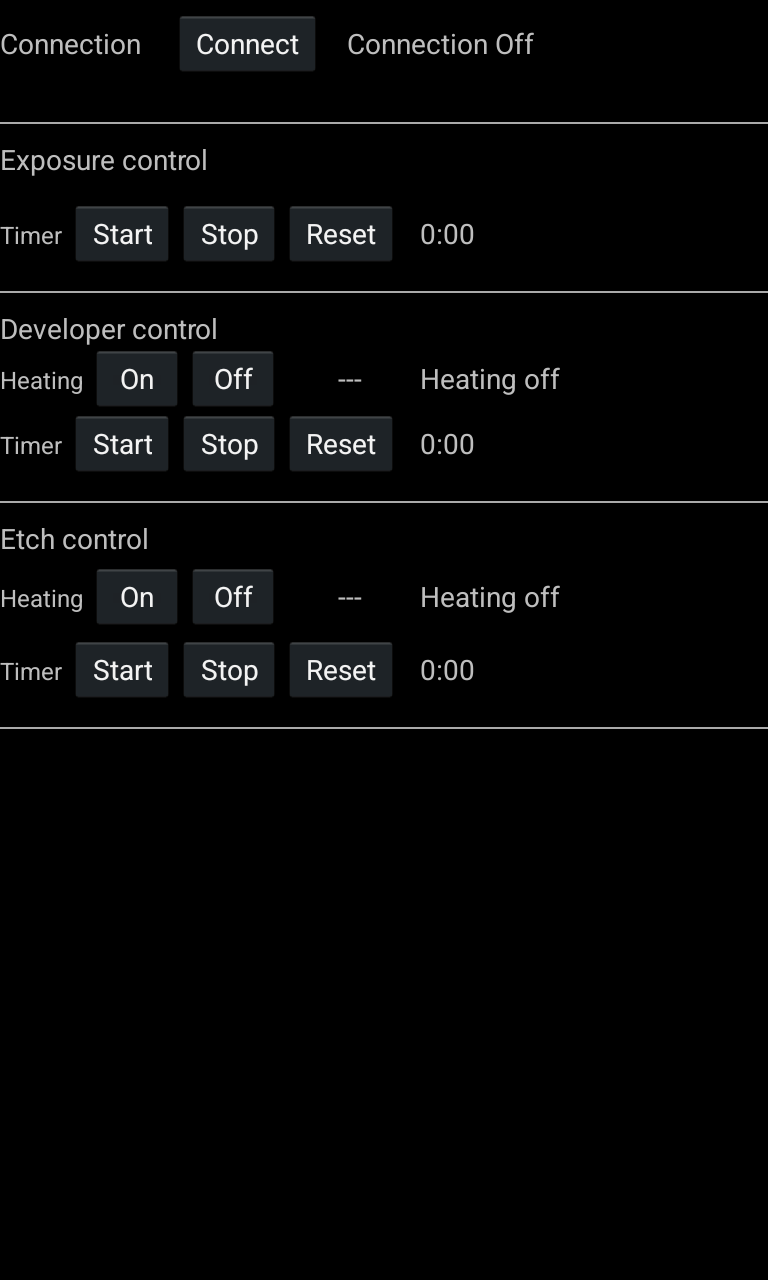
Repository: elbojvv/AndroidIO-apps
Layout: EtchControl/EtchControl/res/layout/activity_main.xml
The author's editor kept a copy of each file at every save. The layout is drawn from the files as they stood at one save, then again after the next save.
It is drawn on a 768 x 1280 px phone screen (xhdpi) without system bars, with theme android:Theme.Holo; the app's code is not run.

Above is the layout before, as saved 2015-06-25 19:12:07.

### EtchControl/EtchControl/res/layout/activity_main.xml
<?xml version="1.0" encoding="utf-8"?>
<RelativeLayout
	android:id="@+id/view"
	xmlns:android="http://schemas.android.com/apk/res/android"
	android:layout_width="fill_parent"
	android:layout_height="fill_parent">

<!-- BLUETOOTH CONTROL -->

  	<TextView
		android:id="@+id/idBTText"
		android:text="@string/bluetooth"
		android:layout_width="wrap_content"
		android:layout_height="wrap_content"
        android:layout_marginTop="12dp"
        android:textAppearance="?android:attr/textAppearanceSmall" />

  	<Button
        android:id="@+id/idBTConnect"
        style="?android:attr/buttonStyleSmall"
        android:layout_width="wrap_content"
        android:layout_height="wrap_content"
        android:layout_alignBaseline="@+id/idBTText"
        android:layout_alignBottom="@+id/idBTText"
        android:layout_marginLeft="12dp"
        android:layout_toRightOf="@+id/idBTText"
		android:minHeight="0dp"
        android:text="@string/connect" />

  	<TextView
		android:id="@+id/idBTStatus"
		android:text="@string/bluetooth_off"
		android:layout_width="wrap_content"
		android:layout_height="wrap_content"
        android:layout_alignBaseline="@+id/idBTConnect"
        android:layout_alignBottom="@+id/idBTConnect"
        android:layout_marginLeft="12dp"
        android:layout_toRightOf="@+id/idBTConnect"
        android:textAppearance="?android:attr/textAppearanceSmall" />

  <!-- EXPOSURE CONTROL -->


    <View
        android:id="@+id/idSeperator1"
    	android:layout_width="fill_parent"
    	android:layout_height="1dp"
        android:layout_below="@+id/idBTText"
        android:layout_marginTop="30dp"
    	android:background="@android:color/darker_gray"/>

     <TextView
        android:id="@+id/idExpHeader"
        android:layout_width="wrap_content"
        android:layout_height="wrap_content"
        android:layout_alignParentLeft="true"
        android:layout_below="@+id/idSeperator1"
        android:layout_marginTop="8dp"
        android:text="@string/exposure_control"
        android:textAppearance="?android:attr/textAppearanceSmall" />

     <TextView
        android:id="@+id/idExpTimerText"
        android:layout_width="wrap_content"
        android:layout_height="wrap_content"
        android:layout_alignParentLeft="true"
        android:layout_below="@+id/idExpHeader"
        android:layout_marginTop="20dp"
        android:text="@string/timer"
        android:textSize="12sp"
        android:textAppearance="?android:attr/textAppearanceSmall" />

     <Button
        android:id="@+id/idExpTimerStart"
        style="?android:attr/buttonStyleSmall"
        android:layout_width="wrap_content"
        android:layout_height="wrap_content"
		android:minHeight="0dp"
        android:layout_alignBaseline="@+id/idExpTimerText"
        android:layout_alignBottom="@+id/idExpTimerText"
        android:layout_toRightOf="@+id/idExpTimerText"
        android:text="@string/start" />

    <Button
        android:id="@+id/idExpTimerStop"
        style="?android:attr/buttonStyleSmall"
        android:layout_width="wrap_content"
        android:layout_height="wrap_content"
		android:minHeight="0dp"
        android:layout_alignBaseline="@+id/idExpTimerStart"
        android:layout_alignBottom="@+id/idExpTimerStart"
        android:layout_toRightOf="@+id/idExpTimerStart"
        android:text="@string/stop" />

    <Button
        android:id="@+id/idExpTimerReset"
        style="?android:attr/buttonStyleSmall"
        android:layout_width="wrap_content"
        android:layout_height="wrap_content"
		android:minHeight="0dp"
        android:layout_alignBaseline="@+id/idExpTimerStop"
        android:layout_alignBottom="@+id/idExpTimerStop"
        android:layout_toRightOf="@+id/idExpTimerStop"
        android:text="@string/reset" />

    <TextView
        android:id="@+id/idExpTimerStat"
        android:layout_width="wrap_content"
        android:layout_height="wrap_content"
        android:layout_toRightOf="@+id/idExpTimerReset"
        android:layout_alignBottom="@+id/idExpTimerReset"
        android:layout_alignBaseline="@+id/idExpTimerReset"
        android:layout_marginLeft="10dp"
        android:text="@string/exptime"
        android:textAppearance="?android:attr/textAppearanceSmall" />

<!-- DEVELOPER CONTROL -->

  		<View
        android:id="@+id/idSeperator2"
    	android:layout_width="fill_parent"
    	android:layout_height="1dp"
        android:layout_below="@+id/idExpTimerText"
        android:layout_marginTop="20dp"
    	android:background="@android:color/darker_gray"/>

     <TextView
        android:id="@+id/idDevelopHeader"
        android:layout_width="wrap_content"
        android:layout_height="wrap_content"
        android:layout_alignParentLeft="true"
        android:layout_below="@+id/idSeperator2"
        android:layout_marginTop="8dp"
        android:text="@string/developer_control"
        android:textAppearance="?android:attr/textAppearanceSmall" />

     <TextView
        android:id="@+id/idDevelopTempText"
        android:layout_width="wrap_content"
        android:layout_height="wrap_content"
        android:layout_alignParentLeft="true"
        android:layout_below="@+id/idDevelopHeader"
        android:layout_marginTop="8dp"
        android:text="@string/heating"
        android:textSize="12sp"
        android:textAppearance="?android:attr/textAppearanceSmall" />

     <Button
        android:id="@+id/idDevelopTempOn"
        style="?android:attr/buttonStyleSmall"
        android:layout_width="wrap_content"
        android:layout_height="wrap_content"
		android:minHeight="0dp"
        android:layout_alignBaseline="@+id/idDevelopTempText"
        android:layout_alignBottom="@+id/idDevelopTempText"
        android:layout_toRightOf="@+id/idDevelopTempText"
        android:text="@string/buttonon" />

    <Button
        android:id="@+id/idDevelopTempOff"
        style="?android:attr/buttonStyleSmall"
        android:layout_width="wrap_content"
        android:layout_height="wrap_content"
		android:minHeight="0dp"
        android:layout_alignBaseline="@+id/idDevelopTempOn"
        android:layout_alignBottom="@+id/idDevelopTempOn"
        android:layout_toRightOf="@+id/idDevelopTempOn"
        android:text="@string/buttonoff" />

    <TextView
        android:id="@+id/idDevelopTempTemp"
        android:layout_width="wrap_content"
        android:layout_height="wrap_content"
        android:layout_toRightOf="@+id/idDevelopTempOff"
        android:layout_alignBottom="@+id/idDevelopTempOff"
        android:layout_alignBaseline="@+id/idDevelopTempOff"
        android:layout_marginLeft="10dp"
        android:minEms="3"
        android:gravity="center"
        android:text="@string/temp"
        android:textAppearance="?android:attr/textAppearanceSmall" />

    <TextView
        android:id="@+id/idDevelopTempStat"
        android:layout_width="wrap_content"
        android:layout_height="wrap_content"
        android:layout_toRightOf="@+id/idDevelopTempTemp"
        android:layout_alignBottom="@+id/idDevelopTempTemp"
        android:layout_alignBaseline="@+id/idDevelopTempTemp"
        android:layout_marginLeft="10dp"
        android:text="@string/heating_stat"
        android:textAppearance="?android:attr/textAppearanceSmall" />

    <TextView
        android:id="@+id/idDevelopTimerText"
        android:layout_width="wrap_content"
        android:layout_height="wrap_content"
        android:layout_alignParentLeft="true"
        android:layout_below="@+id/idDevelopTempText"
        android:layout_marginTop="16dp"
        android:text="@string/timer"
        android:textSize="12sp"
        android:textAppearance="?android:attr/textAppearanceSmall" />

     <Button
        android:id="@+id/idDevelopTimerStart"
        style="?android:attr/buttonStyleSmall"
        android:layout_width="wrap_content"
        android:layout_height="wrap_content"
		android:minHeight="0dp"
        android:layout_alignBaseline="@+id/idDevelopTimerText"
        android:layout_alignBottom="@+id/idDevelopTimerText"
        android:layout_toRightOf="@+id/idDevelopTimerText"
        android:text="@string/start" />

    <Button
        android:id="@+id/idDevelopTimerStop"
        style="?android:attr/buttonStyleSmall"
        android:layout_width="wrap_content"
        android:layout_height="wrap_content"
		android:minHeight="0dp"
        android:layout_alignBaseline="@+id/idDevelopTimerStart"
        android:layout_alignBottom="@+id/idDevelopTimerStart"
        android:layout_toRightOf="@+id/idDevelopTimerStart"
        android:text="@string/stop" />

    <Button
        android:id="@+id/idDevelopTimerReset"
        style="?android:attr/buttonStyleSmall"
        android:layout_width="wrap_content"
        android:layout_height="wrap_content"
		android:minHeight="0dp"
        android:layout_alignBaseline="@+id/idDevelopTimerStop"
        android:layout_alignBottom="@+id/idDevelopTimerStop"
        android:layout_toRightOf="@+id/idDevelopTimerStop"
        android:text="@string/reset" />

    <TextView
        android:id="@+id/idDevelopTimerStat"
        android:layout_width="wrap_content"
        android:layout_height="wrap_content"
        android:layout_toRightOf="@+id/idDevelopTimerReset"
        android:layout_alignBottom="@+id/idDevelopTimerReset"
        android:layout_alignBaseline="@+id/idDevelopTimerReset"
        android:layout_marginLeft="10dp"
        android:text="@string/exptime"
        android:textAppearance="?android:attr/textAppearanceSmall" />

<!-- ETCH TIMER CONTROL -->


    <View
        android:id="@+id/idSeperator3"
    	android:layout_width="fill_parent"
    	android:layout_height="1dp"
        android:layout_below="@+id/idDevelopTimerText"
        android:layout_marginTop="20dp"
    	android:background="@android:color/darker_gray"/>

     <TextView
        android:id="@+id/idEtchHeader"
        android:layout_width="wrap_content"
        android:layout_height="wrap_content"
        android:layout_alignParentLeft="true"
        android:layout_below="@+id/idSeperator3"
        android:layout_marginTop="8dp"
        android:text="@string/etch_control"
        android:textAppearance="?android:attr/textAppearanceSmall" />

     <TextView
        android:id="@+id/idEtchTempText"
        android:layout_width="wrap_content"
        android:layout_height="wrap_content"
        android:layout_alignParentLeft="true"
        android:layout_below="@+id/idEtchHeader"
        android:layout_marginTop="12dp"
        android:text="@string/heating"
        android:textSize="12sp"
        android:textAppearance="?android:attr/textAppearanceSmall" />

     <Button
        android:id="@+id/idEtchTempOn"
        style="?android:attr/buttonStyleSmall"
        android:layout_width="wrap_content"
        android:layout_height="wrap_content"
		android:minHeight="0dp"
        android:layout_alignBaseline="@+id/idEtchTempText"
        android:layout_alignBottom="@+id/idEtchTempText"
        android:layout_toRightOf="@+id/idEtchTempText"
        android:text="@string/buttonon" />

    <Button
        android:id="@+id/idEtchTempOff"
        style="?android:attr/buttonStyleSmall"
        android:layout_width="wrap_content"
        android:layout_height="wrap_content"
		android:minHeight="0dp"
        android:layout_alignBaseline="@+id/idEtchTempOn"
        android:layout_alignBottom="@+id/idEtchTempOn"
        android:layout_toRightOf="@+id/idEtchTempOn"
        android:text="@string/buttonoff" />

    <TextView
        android:id="@+id/idEtchTempTemp"
        android:layout_width="wrap_content"
        android:layout_height="wrap_content"
        android:layout_toRightOf="@+id/idEtchTempOff"
        android:layout_alignBottom="@+id/idEtchTempOff"
        android:layout_alignBaseline="@+id/idEtchTempOff"
        android:layout_marginLeft="10dp"
        android:minEms="3"
        android:gravity="center"
        android:text="@string/temp"
        android:textAppearance="?android:attr/textAppearanceSmall" />

    <TextView
        android:id="@+id/idEtchTempStat"
        android:layout_width="wrap_content"
        android:layout_height="wrap_content"
        android:layout_toRightOf="@+id/idEtchTempTemp"
        android:layout_alignBottom="@+id/idEtchTempTemp"
        android:layout_alignBaseline="@+id/idEtchTempTemp"
        android:layout_marginLeft="10dp"
        android:text="@string/heating_stat"
        android:textAppearance="?android:attr/textAppearanceSmall" />

     <TextView
        android:id="@+id/idEtchTimerText"
        android:layout_width="wrap_content"
        android:layout_height="wrap_content"
        android:layout_alignParentLeft="true"
        android:layout_below="@+id/idEtchTempText"
        android:layout_marginTop="20dp"
        android:text="@string/timer"
        android:textSize="12sp"
        android:textAppearance="?android:attr/textAppearanceSmall" />

     <Button
        android:id="@+id/idEtchTimerStart"
        style="?android:attr/buttonStyleSmall"
        android:layout_width="wrap_content"
        android:layout_height="wrap_content"
		android:minHeight="0dp"
        android:layout_alignBaseline="@+id/idEtchTimerText"
        android:layout_alignBottom="@+id/idEtchTimerText"
        android:layout_toRightOf="@+id/idEtchTimerText"
        android:text="@string/start" />

    <Button
        android:id="@+id/idEtchTimerStop"
        style="?android:attr/buttonStyleSmall"
        android:layout_width="wrap_content"
        android:layout_height="wrap_content"
		android:minHeight="0dp"
        android:layout_alignBaseline="@+id/idEtchTimerStart"
        android:layout_alignBottom="@+id/idEtchTimerStart"
        android:layout_toRightOf="@+id/idEtchTimerStart"
        android:text="@string/stop" />

    <Button
        android:id="@+id/idEtchTimerReset"
        style="?android:attr/buttonStyleSmall"
        android:layout_width="wrap_content"
        android:layout_height="wrap_content"
		android:minHeight="0dp"
        android:layout_alignBaseline="@+id/idEtchTimerStop"
        android:layout_alignBottom="@+id/idEtchTimerStop"
        android:layout_toRightOf="@+id/idEtchTimerStop"
        android:text="@string/reset" />

    <TextView
        android:id="@+id/idEtchTimerStat"
        android:layout_width="wrap_content"
        android:layout_height="wrap_content"
        android:layout_toRightOf="@+id/idEtchTimerReset"
        android:layout_alignBottom="@+id/idEtchTimerReset"
        android:layout_alignBaseline="@+id/idEtchTimerReset"
        android:layout_marginLeft="10dp"
        android:text="@string/exptime"
        android:textAppearance="?android:attr/textAppearanceSmall" />




   <!-- DEBUG CONTROL -->

     <View
        android:id="@+id/idSeperator4"
    	android:layout_width="fill_parent"
    	android:layout_height="1dp"
        android:layout_below="@+id/idEtchTimerText"
        android:layout_marginTop="20dp"
    	android:background="@android:color/darker_gray"/>


    <TextView
        android:id="@+id/idDebugtext"
        android:layout_width="wrap_content"
        android:layout_height="wrap_content"
        android:layout_alignParentLeft="true"
        android:layout_below="@+id/idSeperator4"
        android:layout_marginTop="5dp"
        android:text="@string/debugtext"
        android:textAppearance="?android:attr/textAppearanceSmall" />


</RelativeLayout>

### EtchControl/EtchControl/res/values/strings.xml
<?xml version="1.0" encoding="utf-8"?>
<resources>

    <string name="app_name">Etch Control</string>
    <string name="action_settings">Settings</string>
    <string name="title_activity_usersettingactivity">User Setting</string>

    <!-- Strings voor het menu -->
    <string name="menu_settings">Settings</string>
    <string name="menu_exit">Exit</string>

    <!-- Strings voor setting menu -->
    <string name="connection_title">Connection</string>
    <string name="conn_mode_text">Connection to AndroidIO board</string>
    <string name="conn_mode_extra">Choose Bluetooth or WiFi connection. Need restart to activate!</string>
    <string name="bt_address_text">Bluetooth address</string>
    <string name="bt_address_extra">Bluetooth address of AndroidIO board. See Android settings / Bluetooth.</string>
    <string name="wifi_address_text">WiFi address</string>
    <string name="wifi_address_extra">WiFi address of AndroidIO board. See the HDCP your router, or use a port scanner.</string>
    <string name="wifi_port_text">WiFi port</string>
    <string name="wifi_port_extra">WiFi port of AndroidIO board. See the manual of the module.</string>
    <string name="usbhost_port_text">USB board number</string>
    <string name="usbhost_port_extra">Number of USB host board connected. 0 is first, 1 is second, etc.</string>

    <string name="control_exp_settings_title">Exposure Control</string>
    <string name="exp_time_text">Exposure time</string>
    <string name="exp_time_extra">Set exposure time in seconds</string>
    <string name="set_exp_buzz_text">External Buzzer</string>
    <string name="set_exp_buzz_extra">Should the external buzzer buzz when timer is completed?</string>
    <string name="set_exp_beep_text">Android Beep</string>
    <string name="set_exp_beep_extra">Should the Android Device beep when timer is completed?</string>

    <string name="control_dev_settings_title">developer Control</string>
    <string name="dev_time_text">Developer time</string>
    <string name="dev_time_extra">Set developer time in seconds</string>
    <string name="set_dev_buzz_text">External Buzzer</string>
    <string name="set_dev_buzz_extra">Should the external buzzer buzz when timer is completed?</string>
    <string name="set_dev_beep_text">Android Beep</string>
    <string name="set_dev_beep_extra">Should the Android Device beep when timer is completed?</string>
    <string name="dev_ntc_text">Temperature sensor</string>
    <string name="dev_ntc_extra">Indicate whether a temperature sensor is present.</string>
    <string name="dev_temp_text">Temperature</string>
    <string name="dev_temp_extra">Target temperature for developer bath (Celsius).</string>
    <string name="dev_hyst_text">Hysteresis</string>
    <string name="dev_hyst_extra">Hysteresis around the target temperature (Celsius).</string>
    <string name="set_dev_show_temp_ok_text">Show temperature OK</string>
    <string name="set_dev_show_temp_ok_extra">Should the temperature show green/read when the temperature is in the right range?</string>
    <string name="dev_temp_ok_text">Temperature range OK</string>
    <string name="dev_temp_ok_extra">Range around the target temperature for OK (Celsius).</string>
    <string name="dev_beta_text">Beta value</string>
    <string name="dev_beta_extra">Beta value of the NTC. See datasheet of the NTC.</string>

    <string name="control_etch_settings_title">Etch Control</string>
    <string name="etch_time_text">Etch time</string>
    <string name="etch_time_extra">Set etch time in seconds</string>
    <string name="set_etch_buzz_text">External Buzzer</string>
    <string name="set_etch_buzz_extra">Should the external buzzer buzz when timer is completed?</string>
    <string name="set_etch_beep_text">Android Beep</string>
    <string name="set_etch_beep_extra">Should the Android etchice beep when timer is completed?</string>
    <string name="etch_ntc_text">Temperature sensor</string>
    <string name="etch_ntc_extra">Indicate whether a temperature sensor is present.</string>
    <string name="etch_temp_text">Temperature</string>
    <string name="etch_temp_extra">Target temperature for etch bath (Celsius).</string>
    <string name="etch_hyst_text">Hysteresis</string>
    <string name="etch_hyst_extra">Hysteresis around the target temperature (Celsius).</string>
    <string name="set_etch_show_temp_ok_text">Show temperature OK</string>
    <string name="set_etch_show_temp_ok_extra">Should the temperature show green/read when the temperature is in the right range?</string>
    <string name="etch_temp_ok_text">Temperature range OK</string>
    <string name="etch_temp_ok_extra">Range around the target temperature for OK (Celsius).</string>
    <string name="etch_beta_text">Beta value</string>
    <string name="etch_beta_extra">Beta value of the NTC. See datasheet of the NTC.</string>

    <string name="gui_settings_title">GUI settings</string>
    <string name="set_sleep_text">Prohibit screensaver</string>
    <string name="set_sleep_extra">Prohibit screensaver and leave screen on.</string>
    <string name="set_bt_green_text">Connection status green</string>
    <string name="set_bt_green_extra">Color the connection indication green when connected.</string>
    <string name="set_debug_text">Debug</string>
    <string name="set_debug_extra">Show response of the AndroidIO board.</string>

    <!-- STRINGS FOR ETCH CONTROL GUI -->
    <string name="bluetooth">"Connection "</string>
    <string name="connect">Connect</string>
    <string name="bluetooth_off">Connection Off</string>
    <string name="exposure_control">Exposure control</string>
    <string name="timer">"Timer "</string>
    <string name="start">Start</string>
    <string name="stop">Stop</string>
    <string name="reset">Reset</string>
    <string name="exptime">0:00</string>
    <string name="developer_control">Developer control</string>
    <string name="heating">"Heating "</string>
    <string name="buttonon">On</string>
    <string name="buttonoff">Off</string>
    <string name="temp">---</string>
    <string name="heating_stat">Heating off</string>
    <string name="etch_control">Etch control</string>
    <string name="debugtext"> </string>

</resources>

After the next save:
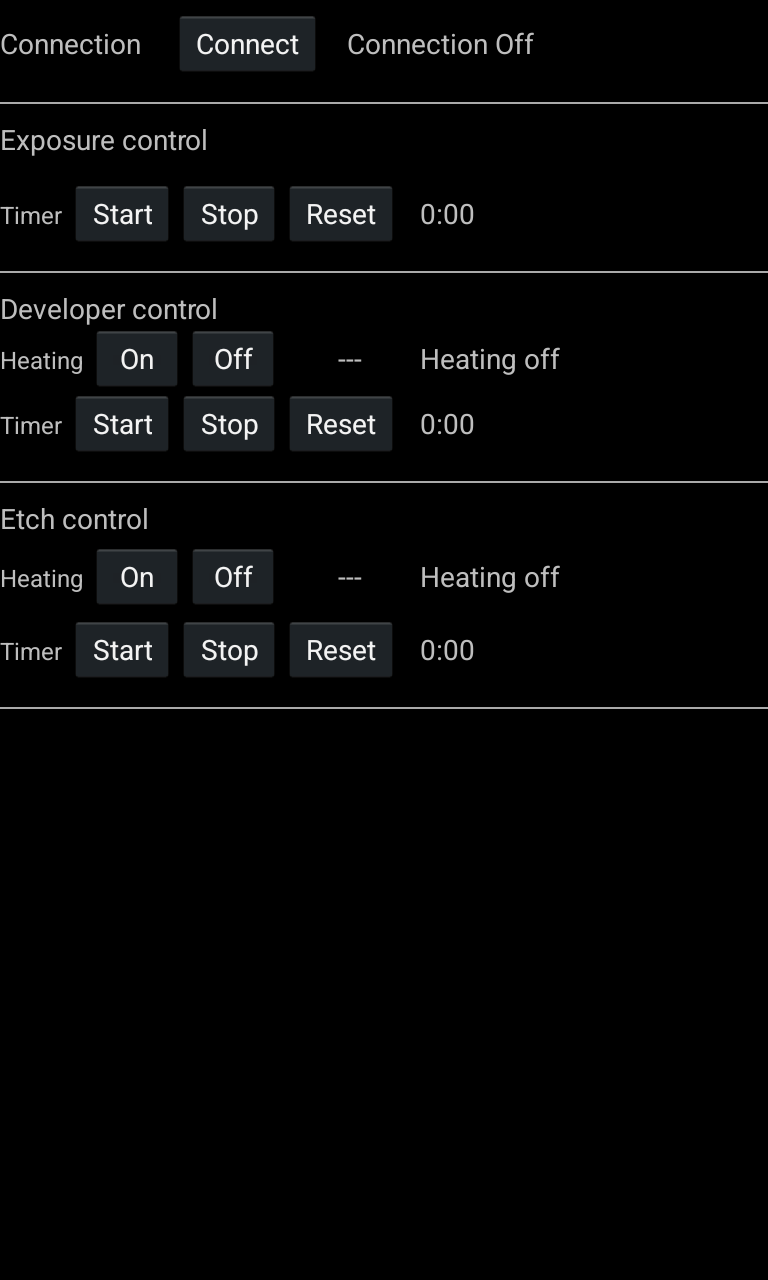
Saved 32 s later.
--- a/EtchControl/EtchControl/res/layout/activity_main.xml
+++ b/EtchControl/EtchControl/res/layout/activity_main.xml
@@ -46,7 +46,7 @@
     	android:layout_width="fill_parent"
     	android:layout_height="1dp"
         android:layout_below="@+id/idBTText"
-        android:layout_marginTop="30dp"
+        android:layout_marginTop="20dp"
     	android:background="@android:color/darker_gray"/>
 
      <TextView
